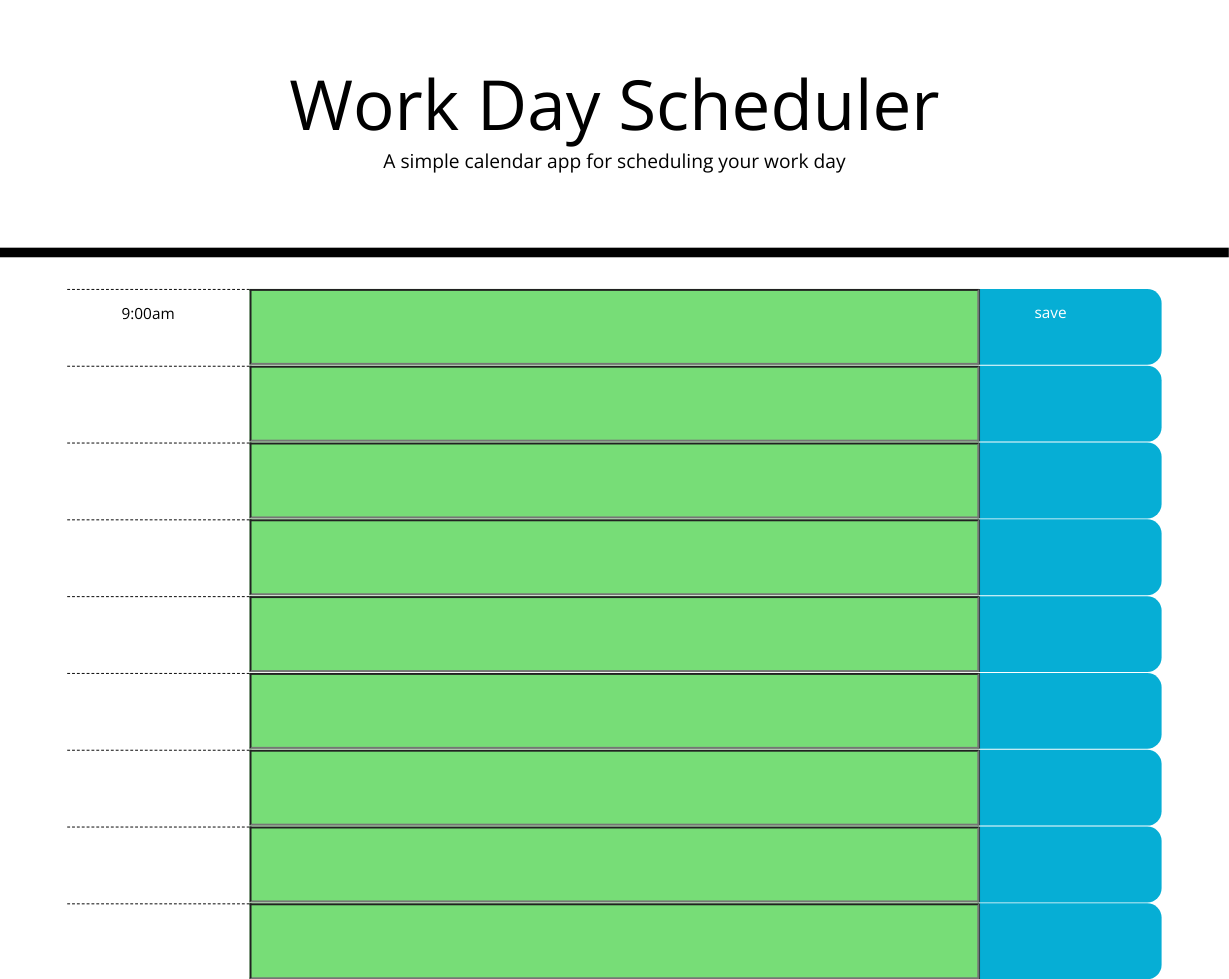
Repository: s88leigh/Day-Planner
Page: Develop/index.html
The author's editor kept a copy of each file at every save. The page is drawn from the files as they stood at one save, then again after the next save.
The browser window is 1280 px wide. The pictures show the whole page, at 96% of full size.
Some web libraries are served in a nearby version.

Above is the page before, as saved 2019-10-25 00:24:43.

### Develop/index.html
<!DOCTYPE html>
<html lang="en">
  <head>
    <meta charset="UTF-8" />
    <meta name="viewport" content="width=device-width, initial-scale=1.0" />
    <meta http-equiv="X-UA-Compatible" content="ie=edge" />
    <link
      rel="stylesheet"
      href="https://stackpath.bootstrapcdn.com/bootstrap/4.3.1/css/bootstrap.min.css"
    />
    <link
      rel="stylesheet"
      href="https://use.fontawesome.com/releases/v5.8.1/css/all.css"
      integrity="sha384-50oBUHEmvpQ+1lW4y57PTFmhCaXp0ML5d60M1M7uH2+nqUivzIebhndOJK28anvf"
      crossorigin="anonymous"
    />
    <link
      href="https://fonts.googleapis.com/css?family=Open+Sans&display=swap"
      rel="stylesheet"
    />
    <link rel="stylesheet" href="style.css" />
    <title>Work Day Scheduler</title>
  </head>

  <body>
    <header class="jumbotron">
      <h1 class="display-3">Work Day Scheduler</h1>
      <p class="lead">A simple calendar app for scheduling your work day</p>
      <p id="currentDay" class="lead"></p>
    </header>
    <div class="container">
      <!-- Timeblocks go here -->

      <div class="row">
        <div class="col-2 hour">
          9:00am
        </div>
        <input class="col-8 future"></input>
        <div class="col-2 saveBtn">
          save
        </div>
      </div>


    <!-- <script>
      const m = moment() {
        console.log(moment());
      }
    console.log(m.toString());
    console.log(m.hour());
    console.log(m.calendar());

    /* to set the hour*/
    m.hour(9);
    m.set("day", 9);
    m.startOf("day", 9);


    <script src="moment.min.js"></script> -->

    <script src="https://code.jquery.com/jquery-3.4.1.min.js"></script>
    <script src="https://cdnjs.cloudflare.com/ajax/libs/moment.js/2.24.0/moment.min.js"></script>
    <script src="script.js"></script>
    </body>
</html>

### Develop/style.css
body {
  font-family: 'Open Sans', sans-serif;
  font-size: 16px;
  line-height: 1;
}

textarea{
  background: transparent;
  border: none;
  resize: none;
  color: #000000;
  border-left: 1px solid black;
  padding: 10px;
}

.jumbotron {
  text-align: center;
  background-color: transparent;
  color: black;
  border-radius: 0;
  border-bottom: 10px solid black;
}

.description{
  white-space: pre-wrap;
}

.time-block{
  text-align: center;
  border-radius: 15px;
}

.row {
  white-space: pre-wrap;
  height: 80px;
  border-top: 1px solid white;;
}

.hour {
  background-color: #ffffff;
  color: #000000;
  border-top: 1px dashed #000000;
}

.past {
  background-color: #d3d3d3;
  color: white;
}

.present {
  background-color: #ff6961;
  color: white;
}

.future {
  background-color: #77dd77;
  color: white;
}

.saveBtn {
  border-left: 1px solid black;
  border-top-right-radius: 15px;
  border-bottom-right-radius: 15px;
  background-color: #06AED5;
  color: white;
}

.saveBtn i:hover {
  font-size: 20px;
  transition: all .3s ease-in-out;
}

### Develop/script.js
var startTime = 9;
var endTime = 17
timeSlots = $(".container");

for(i = startTime; i < endTime; i++) {
    newHour = $("<div>");
    newHour.addClass("row");

    hour = $("<div>");
    hour.addClass("col-2 hour");
    hour.text[i];

    dailyTask = $("<input>");
    dailyTask.addClass("col-8");
    dailyTask.addClass("future");
    dailyTask.textContent="";

    saveButton = $("<div>");
    saveButton.addClass("col-2 saveBtn");



    newHour.append(hour, dailyTask, saveButton);
    timeSlots.append(newHour);
 }
var saveButton = $(".saveBtn");

var text = document.querySelector(".col-8");


$(".saveBtn").on("click", function(){
  console.log("clicked save button");
    });




    // var dailyTaskInput = $(".col-8").value;

    // localStorage.setItem("dailyTask", dailyTaskInput);

    // });

After the next save:
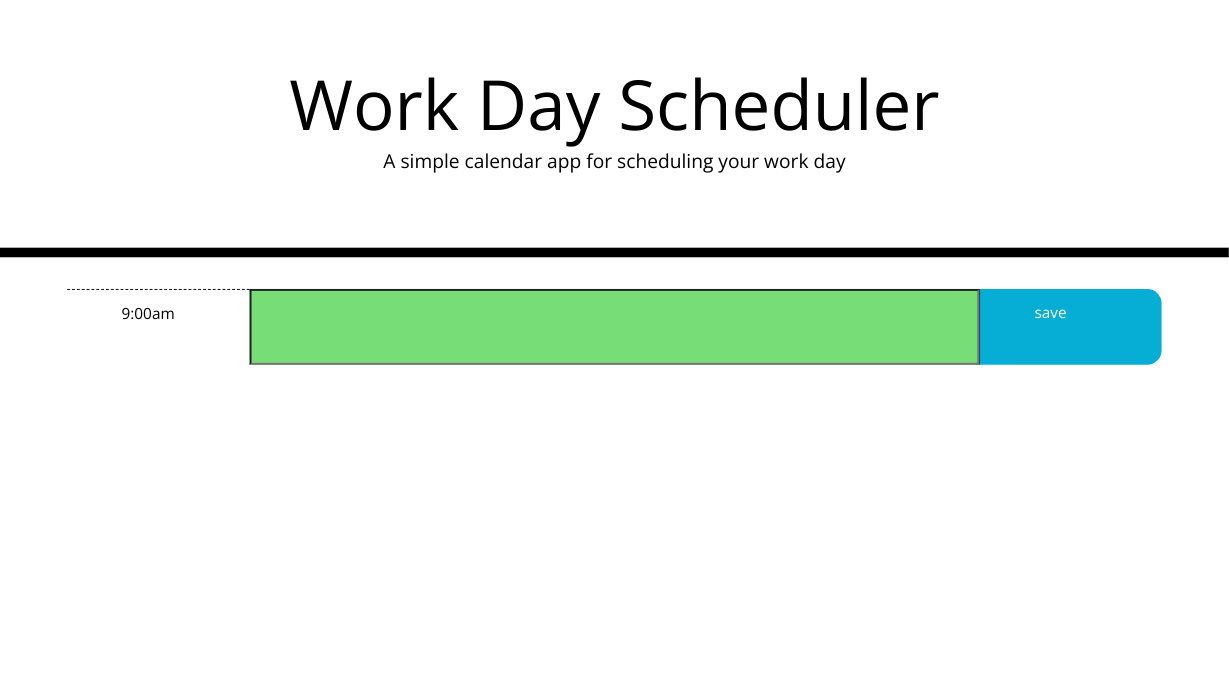
Console error: SyntaxError: Unexpected token '}'
Saved 51 s later.
--- a/Develop/script.js
+++ b/Develop/script.js
@@ -35,8 +35,8 @@ $(".saveBtn").on("click", function(){
 
 
 
-    // var dailyTaskInput = $(".col-8").value;
+    var dailyTaskInput = $(".col-8").value;
 
-    // localStorage.setItem("dailyTask", dailyTaskInput);
+    localStorage.setItem("dailyTask", dailyTaskInput);
 
-    // });
+    });

After the save that followed:
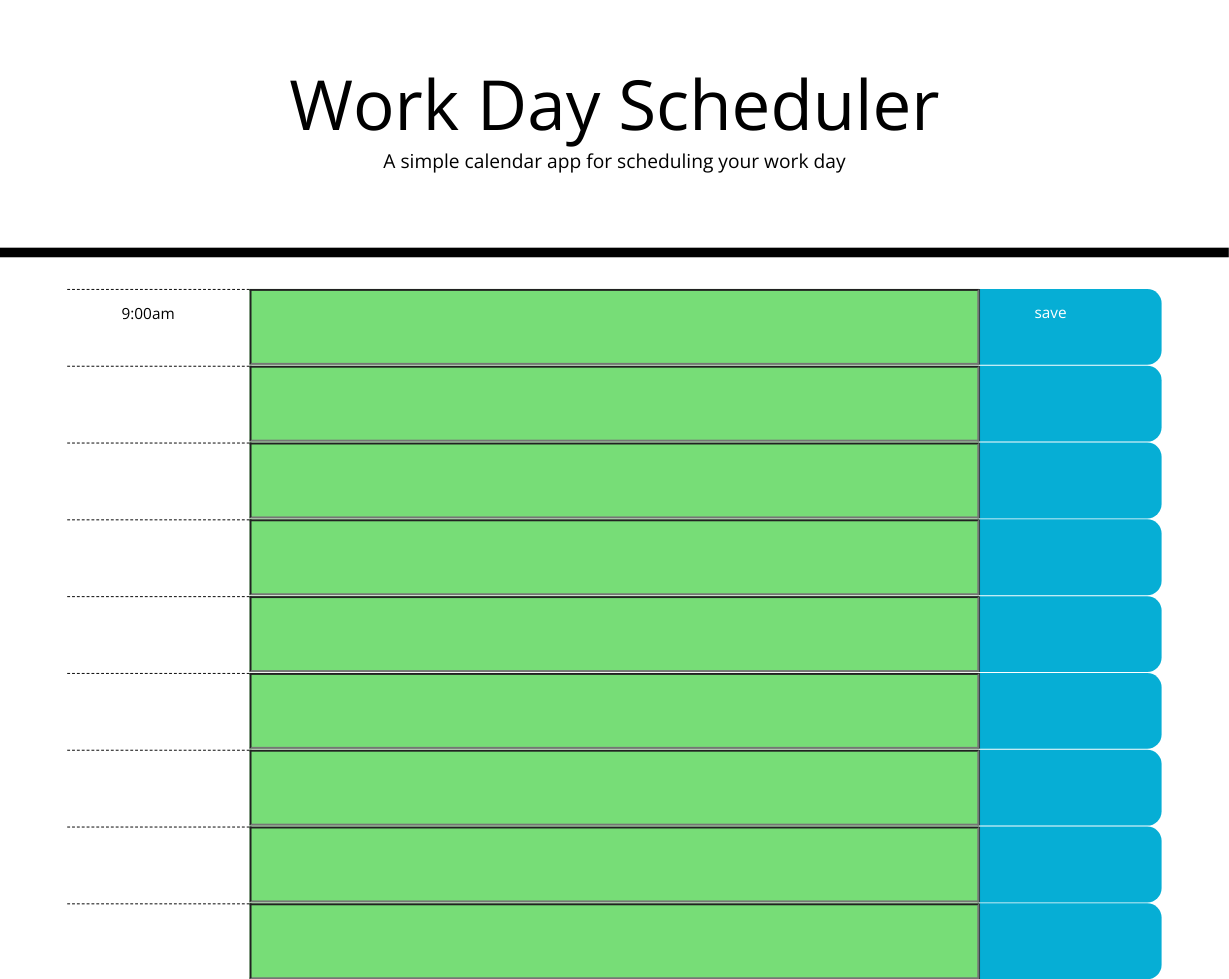
The error is gone.
Saved 3 min 37 s later.
--- a/Develop/script.js
+++ b/Develop/script.js
@@ -30,7 +30,7 @@ var text = document.querySelector(".col-8");
 
 $(".saveBtn").on("click", function(){
   console.log("clicked save button");
-    });
+
 
 
 
